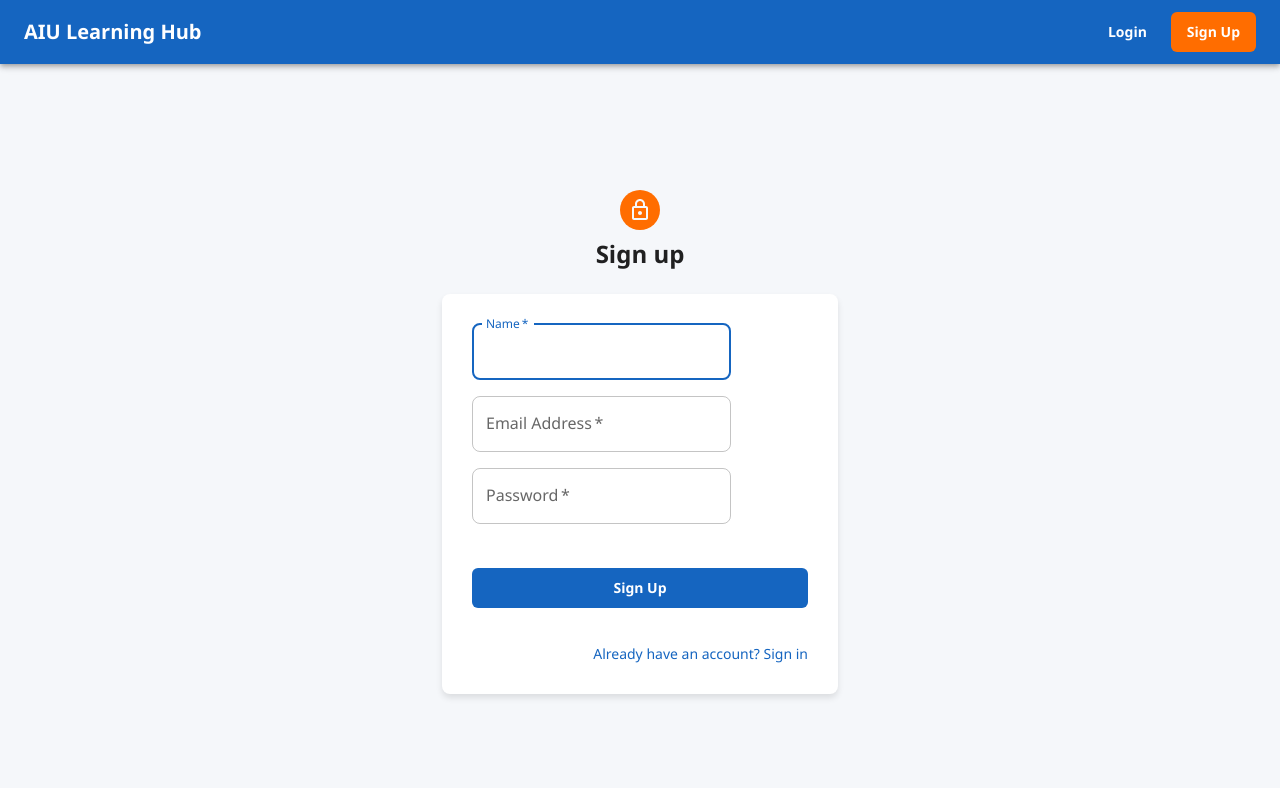
Repository: ismail-yasser/help-microserveices
Page: /signup (app in frontend/)
An editor plug-in stored every save of this project. The page is shown before and after the next save, followed by the edit.
The browser window is 1280 px wide. The pictures show the whole page.
The project was rebuilt for these pictures with package versions that can differ from the ones it lists, and the page was loaded fresh each time. Also part of the build but not shown: frontend/src/pages/LoginPage.js, frontend/src/pages/HelpRequestListPage.js, frontend/src/pages/HelpRequestDetailPage.js, frontend/src/pages/CreateHelpRequestPage.js, frontend/src/pages/CreateHelpOfferPage.js.

Above is the page before, as saved 2025-05-21 00:45:21.

After the next save:
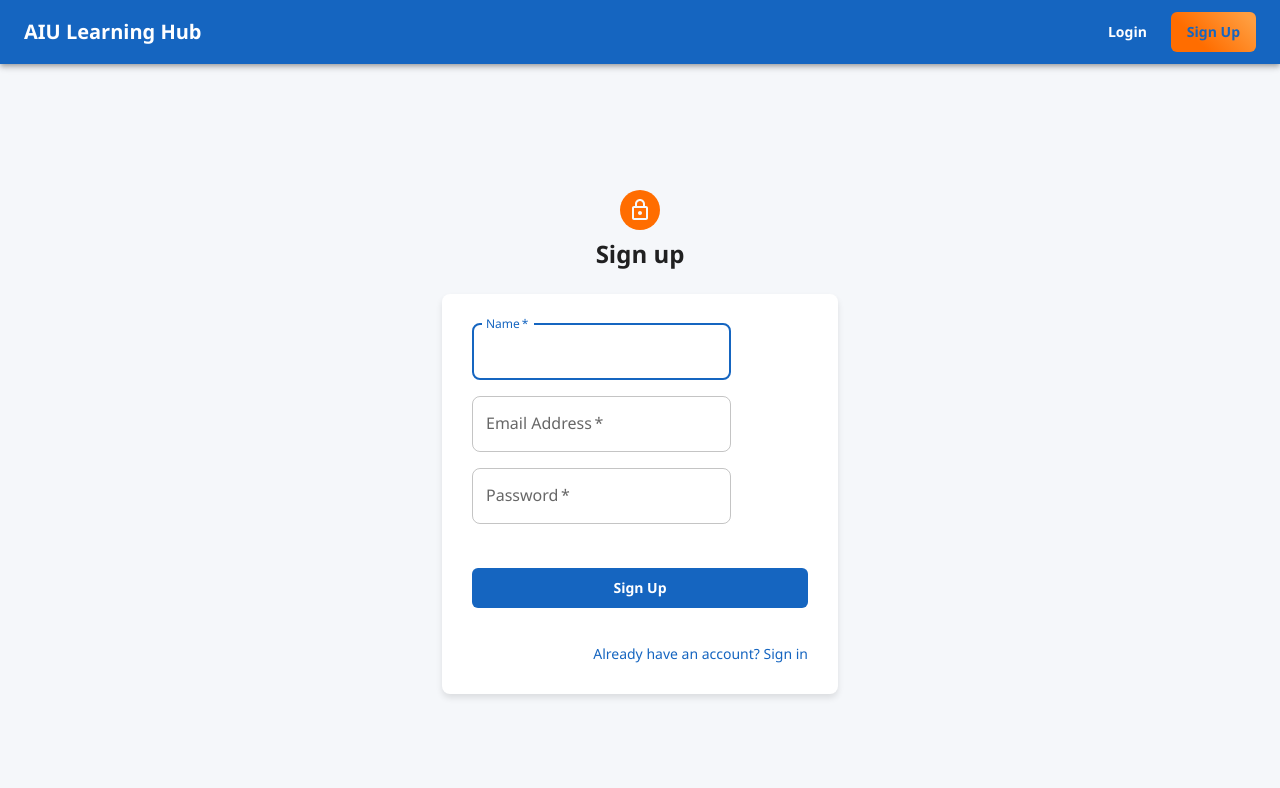
Saved 28 s later.
--- a/frontend/src/App.js
+++ b/frontend/src/App.js
@@ -64,7 +64,7 @@ function Navigation() {
   };
 
   return (
-    <AppBar position="static">
+    <AppBar position="static" className="fade-in">
       <Toolbar>
         {user && (
           <IconButton
@@ -74,28 +74,32 @@ function Navigation() {
             aria-label="menu"
             sx={{ mr: 2, display: { xs: 'block', md: 'none' } }}
             onClick={toggleDrawer(true)}
+            className="slide-in-left"
           >
             <MenuIcon />
           </IconButton>
         )}
         <Typography variant="h6" component="div" sx={{ flexGrow: 1 }}>
-          <Link to={user ? "/" : "/login"} style={{ textDecoration: 'none', color: 'inherit' }}>
+          <Link to={user ? "/" : "/login"} style={{ textDecoration: 'none', color: 'inherit' }} className="fade-in">
             AIU Learning Hub
           </Link>
         </Typography>
         {user ? (
-          <Box sx={{ display: { xs: 'none', md: 'flex' }, alignItems: 'center' }}>
-            <Button color="inherit" component={Link} to="/requests">Browse Requests</Button>
-            <Button color="inherit" component={Link} to="/create-request">Ask for Help</Button>
+          <Box sx={{ display: { xs: 'none', md: 'flex' }, alignItems: 'center' }} className="slide-in-right">
+            <Button color="inherit" component={Link} to="/requests" className="animated-card">Browse Requests</Button>
+            <Button color="inherit" component={Link} to="/create-request" className="animated-card">Ask for Help</Button>
             <Button
               color="inherit"
               sx={{ ml: 1, display: 'flex', alignItems: 'center' }}
+              className="avatar-with-badge"
             >
               <Avatar
                 sx={{ width: 28, height: 28, mr: 1, bgcolor: 'secondary.main' }}
+                className="avatar-small"
               >
                 {user.name ? user.name.charAt(0).toUpperCase() : 'U'}
               </Avatar>
+              <span className="status-badge status-online"></span>
               {user.name || 'User'}
             </Button>
             <Button
@@ -103,19 +107,19 @@ function Navigation() {
               onClick={handleLogout}
               startIcon={<LogoutIcon />}
               sx={{ ml: 1 }}
+              className="animated-card"
             >
               Logout
             </Button>
           </Box>
         ) : (
-          <Box>
-            <Button color="inherit" component={Link} to="/login">Login</Button>
+          <Box className="slide-in-right">
+            <Button color="inherit" component={Link} to="/login" className="outline-button">Login</Button>
             <Button
-              variant="contained"
-              color="secondary"
               component={Link}
               to="/signup"
               sx={{ ml: 1 }}
+              className="secondary-gradient-button"
             >
               Sign Up
             </Button>
